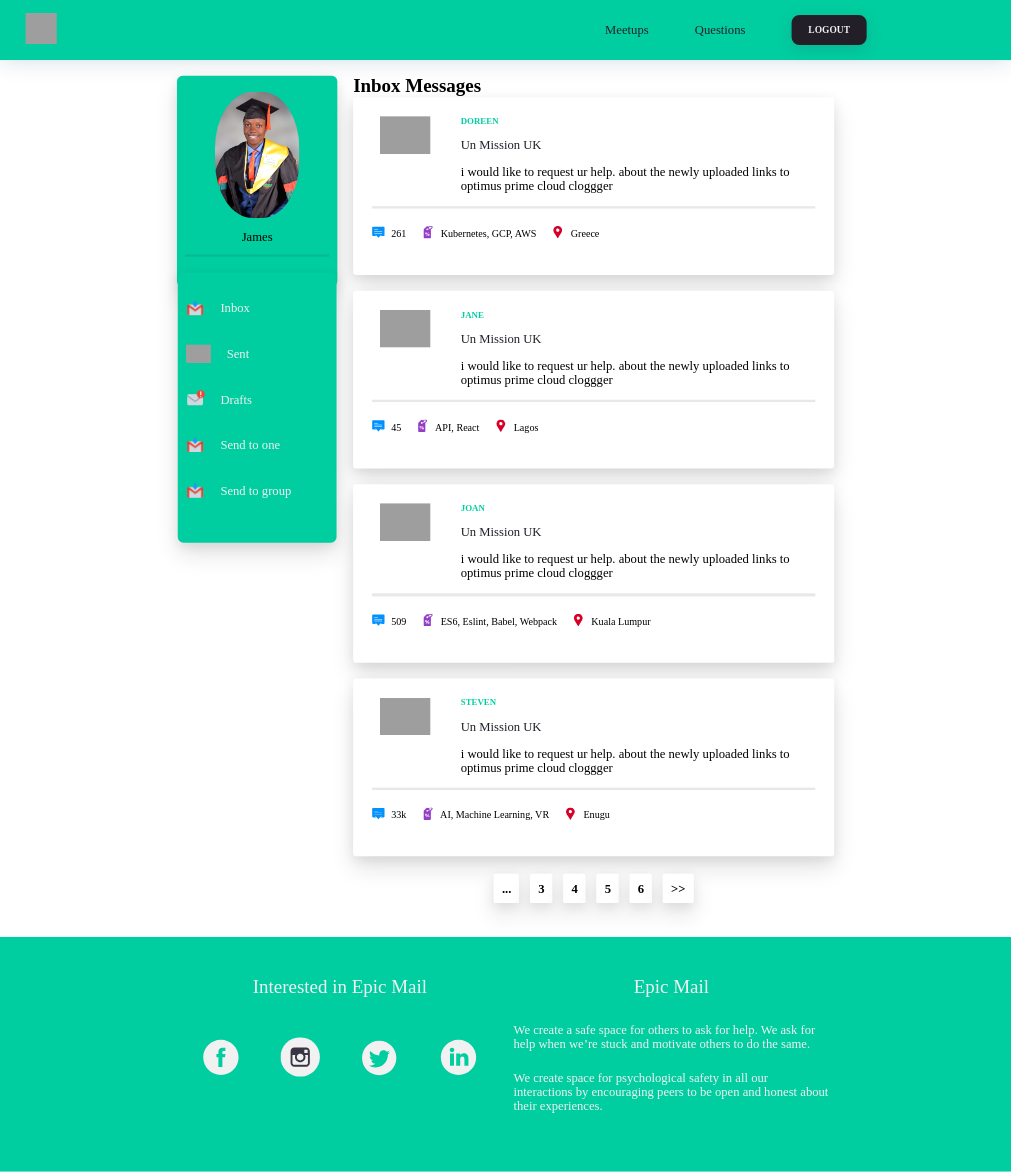
Repository: Gfreedoms/Epic-Mail
Page: pages/profile.html
An editor plug-in stored every save of this project. The page is shown before and after the next save, followed by the edit.
The browser window is 1280 px wide. The pictures show the whole page, at 79% of full size.
Pictures or frames that could not be fetched are drawn as grey boxes. Some web fonts or font styles are not loaded; a fallback is used.

Above is the page before, as saved 2019-02-26 23:39:25.

### pages/profile.html
<!DOCTYPE html>
<html lang="en">

<head>
	<meta charset="UTF-8">
	<meta name="viewport" content="width=device-width, initial-scale=1.0">
	<meta http-equiv="X-UA-Compatible" content="ie=edge">
	<link rel="apple-touch-icon" sizes="180x180" href="../assets/favicon/apple-touch-icon.png">
	<link rel="icon" type="image/png" sizes="32x32" href="../assets/favicon/favicon-32x32.png">
	<link rel="icon" type="image/png" sizes="16x16" href="../assets/favicon/favicon-16x16.png">
	<link rel="manifest" href="../assets/favicon/site.webmanifest">
	<link rel="mask-icon" href="../assets/favicon/safari-pinned-tab.svg" color="#5bbad5">
	<meta name="msapplication-TileColor" content="#da532c">
	<meta name="theme-color" content="#ffffff">
	<link rel="stylesheet" href="../styles/base.css">
	<link rel="stylesheet" href="../styles/format.css">
	<link rel="stylesheet" href="../styles/profile.css">
	<title>User Profile | EpIC EMAIL</title>
</head>

<body>
	<!-- Navigation Section Starts -->
	<section id="navigation">
		<nav class="navbar">
			<a href="../" id="nav-brand">
				<img src="../assets/imgs/logo.svg" alt="">
			</a>
			<ul class="nav-menu">
				<li class="visibility"><a class="hover-t" href="./login.html">Login</a></li>
				<li><a class="hover-t" href="./meetup.html">Meetups</a></li>
				<li><a class="hover-t" href="./questions.html">Questions</a></li>
				<li><a class="reg-btn box-sh-dark hover-lg" href="../">Logout</a></li>
			</ul>
			<a id="menu" href="">
				<img src="../assets/imgs/menu.svg" alt="">
			</a>
		</nav>
	</section>
	<!-- Navigation Section Ends -->

	<!-- SideBar Nav -->
	<ul id="sidebar" class="navbar-side side-hidden">
		<li><a href="./meetup.html">Meetups</a></li>
		<li><a href="./questions.html">Questions</a></li>
		<li><a class="" href="../">Logout</a></li>
	</ul>

	<div class="container">
		<div id="v-wrapper">
			<div class="profile user card">
				<img class="img mauto" src="../assets/imgs/freedom.jpg" alt="">
				<div class="bio">
					<h3 class="username sm-text">James</h3>

				</div>

				<div class="divider"></div>

				<div class = "user_side_bar">
				<ul class="list-items">
					<li>
						<img src="../assets/imgs/inbox.png" alt="">
						<div class = "labels">
								<a class="label_links" href="./meetup.html">
									<h3 class="sm-text">Inbox</h3>
								</a>
						</div>

					</li>
					<li>

						<img src="../assets/imgs/logo.png" alt="">
						<div class = "labels">

								<a class="label_links" href="./meetup.html">
									<h3 class="sm-text">Sent</h3>
								</a>
						</div>

					<li>

						<img src="../assets/imgs/drafts.png" alt="">
						<div class = "labels">

								<a class="label_links" href="./meetup.html">
									<h3 class="sm-text">Drafts</h3>
								</a>

							</div>

					</li>

					<li>

							<img src="../assets/imgs/inbox.png" alt="">
							<div class = "labels">
									<a class="label_links" href="./meetup.html">
										<h3 class="sm-text">Send to one</h3>
									</a>

								</div>

					</li>
					<li>
						    <img src="../assets/imgs/inbox.png" alt="">
							<div class = "labels">
									<a class="label_links" href="./meetup.html">
										<h3 class="sm-text">Send to group</h3>
									</a>
								</div>

					</li>



				</ul>
				</div>
			</div>

			<div class="meetups">
				<h2><b>	Inbox Messages</b></h2>
				<div class="questions card-lg">
					<div class="content pall-1">
						<div class="q-title">
							<img class="img mauto" height="2rem" src="https://issagoal.com.ng/wp-content/uploads/2019/01/user4.png" alt="">
							<div class="meta">
									<a class="q-link" href="./meetup.html">
										<h3 class="sm-text">Doreen</h3>
									</a>
								<h3 class="md-text title">Un Mission UK</h3>
								<p>i would like to request ur help.
									about the newly uploaded links to
									optimus prime cloud cloggger

								</p>
							</div>
						</div>
						<div class="divider"></div>
						<div class="q-actions">
							<span>
								<a href="#!"><img src="../assets/imgs/icons/comment.svg" alt=""></a>
								261
							</span>
							<span>
								<a href="#!"><img src="../assets/imgs/icons/tag.svg" alt=""></a>
								Kubernetes, GCP, AWS
							</span>
							<span>
								<a href="#!"><img src="../assets/imgs/icons/pointer.svg" alt=""></a>
								Greece
							</span>
						</div>
					</div>
				</div>
				<div class="questions card-lg">
					<div class="content pall-1">
						<div class="q-title">
							<img class="img mauto" height="2rem" src="https://issagoal.com.ng/wp-content/uploads/2019/01/user1.png" alt="">
							<div class="meta">
									<a class="q-link" href="./meetup.html">
										<h3 class="sm-text">Jane</h3>
									</a>
								<h3 class="md-text title">Un Mission UK</h3>
								<p>i would like to request ur help.
									about the newly uploaded links to
									optimus prime cloud cloggger

								</p>
							</div>
						</div>
						<div class="divider"></div>
						<div class="q-actions">
							<span>
								<a href="#!"><img src="../assets/imgs/icons/comment.svg" alt=""></a>
								45
							</span>
							<span>
								<a href="#!"><img src="../assets/imgs/icons/tag.svg" alt=""></a>
								API, React
							</span>
							<span>
								<a href="#!"><img src="../assets/imgs/icons/pointer.svg" alt=""></a>
								Lagos
							</span>
						</div>
					</div>
				</div>
				<div class="questions card-lg">
					<div class="content pall-1">
						<div class="q-title">
							<img class="img mauto" height="2rem" src="https://issagoal.com.ng/wp-content/uploads/2019/01/user2.png" alt="">
							<div class="meta">
									<a class="q-link" href="./meetup.html">
										<h3 class="sm-text">Joan</h3>
									</a>
								<h3 class="md-text title">Un Mission UK</h3>
								<p>i would like to request ur help.
									about the newly uploaded links to
									optimus prime cloud cloggger

								</p>
							</div>
						</div>
						<div class="divider">
						</div>
						<div class="q-actions">
							<span>
								<a href="#!"><img src="../assets/imgs/icons/comment.svg" alt=""></a>
								509
							</span>
							<span>
								<a href="#!"><img src="../assets/imgs/icons/tag.svg" alt=""></a>
								ES6, Eslint, Babel, Webpack
							</span>
							<span>
								<a href="#!"><img src="../assets/imgs/icons/pointer.svg" alt=""></a>
								Kuala Lumpur
							</span>
						</div>
					</div>
				</div>
				<div class="questions card-lg">
					<div class="content pall-1">
						<div class="q-title">
							<img class="img mauto" height="2rem" src="https://issagoal.com.ng/wp-content/uploads/2019/01/user3.png" alt="">
							<div class="meta">
									<a class="q-link" href="./meetup.html">
										<h3 class="sm-text">Steven</h3>
									</a>
								<h3 class="md-text title">Un Mission UK</h3>
								<p>i would like to request ur help.
									about the newly uploaded links to
									optimus prime cloud cloggger

								</p>
							</div>
						</div>
						<div class="divider"></div>
						<div class="q-actions">
							<span>
								<a href="#!"><img src="../assets/imgs/icons/comment.svg" alt=""></a>
								33k
							</span>
							<span>
								<a href="#!"><img src="../assets/imgs/icons/tag.svg" alt=""></a>
								AI, Machine Learning, VR
							</span>
							<span>
								<a href="#!"><img src="../assets/imgs/icons/pointer.svg" alt=""></a>
								Enugu
							</span>
						</div>
					</div>
				</div>

				<div class="pagination">
					<span class="card hover-lg hover-t">...</span>
					<span class="card hover-lg hover-t">3</span>
					<span class="card hover-lg hover-t">4</span>
					<span class="card hover-lg hover-t">5</span>
					<span class="card hover-lg hover-t">6</span>
					<span class="card hover-lg hover-t">>></span>
				</div>
			</div>
		</div>
	</div>

	<footer class="bg-secondary">
		<div class="container">
			<div class="info-about">
				<h3 class="md-text">Interested in Epic Mail</h3>
				<div class="social-links">
					<a href="#!"><img src="../assets/imgs/icons/facebook.svg" alt=""></a>
					<a href="#!"><img src="../assets/imgs/icons/instagram.svg" alt=""></a>
					<a href="#!"><img src="../assets/imgs/icons/twitter.svg" alt=""></a>
					<a href="#!"><img src="../assets/imgs/icons/linkedin.svg" alt=""></a>
				</div>
			</div>
			<div class="additional-info">
				<h3 class="md-text">Epic Mail</h3>
				<p class="sm-text">
					We create a safe space for others to ask for help.
					We ask for help when we’re stuck and motivate others to do the same.
				</p>
				<p class="sm-text">
					We create space for psychological safety in all our interactions by encouraging peers to be open and honest about
					their experiences.
				</p>
			</div>
		</div>
	</footer>
	<script src="../scripts/index.js"></script>
</body>

</html>

### styles/format.css
.is-danger {
	color: red;
}

.divider {
	height: 0.2rem;
	background: #221F28;
	opacity: 0.1;
	margin: 1rem auto;
	width: 100%;
}

table {
	width: 750px;
	border-collapse: collapse;
	margin: 50px auto;
}

/* Zebra striping */
tr:nth-of-type(odd) {
	background: #eee;
}

th {
	background: #221F28;
	color: white;
	font-weight: bold;
}

td,
th {
	padding: 10px;
	border: 1px solid #ccc;
	text-align: left;
	font-size: 18px;
}

@media only screen and (max-width: 760px),
(min-device-width: 768px) and (max-device-width: 1024px) {

	table {
		width: 100%;
	}

	/* Force table to not be like tables anymore */
	table,
	thead,
	tbody,
	th,
	td,
	tr {
		display: block;
	}

	thead tr {
		position: absolute;
		top: -9999px;
		left: -9999px;
	}

	tr {
		border: 1px solid #ccc;
	}

	td {
		border: none;
		border-bottom: 1px solid #eee;
		position: relative;
		padding-left: 50%;
	}

	td:before {
		position: absolute;
		/* Top/left values mimic padding */
		top: 6px;
		left: 6px;
		width: 45%;
		padding-right: 10px;
		white-space: nowrap;
		/* Label the data */
		content: attr(data-column);

		color: #000;
		font-weight: bold;
	}

	tbody tr {
		padding: 1rem;
	}
}

.m1 {
	margin-top: 0.8rem !important;
	margin-bottom: 0.8rem !important;
}

.pagination {
	text-align: center;
	margin: 2rem auto;
}

.pagination span {
	padding: 10px;
	border-radius: 2px;
	font-family: 'Circular-Book';
	font-weight: 600;
	font-size: 1rem;
	margin: 0 5px;
}

@media screen and (min-width: 1680px) {
	.reg-btn {
		padding: 1.5rem 1.6rem 1.5rem;
		font-size: 1rem;
	}

	.input {
		margin-top: 2rem;
	}

	.nav-menu a.hover-t {
		font-size: 1.4rem !important;
	}
}

### styles/profile.css
#v-wrapper {
	display: grid;
	grid-template-columns: 1fr 3fr;
	grid-gap: 20px;
	padding: 20px 0;
}

div.content.card {
	background: lightblue;
	padding: 2rem 1.5rem;
	margin-bottom: 20px;
}

.profile {
	display: grid;
	padding: 20px 10px;
	background-color:#00cea0;
}

.user_side_bar{

    margin-left: -9px;
    border-radius: .45rem;
    margin-top: 20px;
    background: #00cea0;
    padding: 20px 10px;
    margin-bottom: 20px;
    box-shadow: 0 15px 30px 0 rgba(0, 0, 0, .11), 0 5px 15px 0 rgba(0, 0, 0, .08);
    margin-right: -9px;
}


.profile.user {
	max-height: 25%;
}

.labels{
	margin-top: 3px;
    margin-left: 20px;
}

#v-wrapper>div.profile.card>div.divider {
	width: 100%;
}

.stats {
	display: grid;
	grid-template-columns: 1fr 1fr;
}

.stats h3 {
	color: #221F28;
	font-weight: 800;
	font-family: "Circular-Book";
}

.profile .img {
    height: 160px;
    width: auto;
    border-radius: 45%
}

.profile span {
	text-align: center;
	font-size: 0.5rem;
	color: grey;
	text-transform: uppercase;
}

span .sm-text {
	margin-bottom: 0;
}

.label_links{
	color: #221F28;
}

.questions {
	padding: 1.5rem;
	margin-bottom: 20px;
}

.questions h3 {
	color: #221F28;
	margin-bottom: 1rem;
}

.questions .divider {
	margin-left: 0;
	margin-top: 0.5rem;
}

.q-link h3 {
	font-family: 'Circular-Book';
	font-weight: 800;
	font-size: 0.7rem;
	text-transform: uppercase;
	color: #00cea0;
}

.q-link:hover h3 {
	color: #F01D43;
}

.q-actions {
	display: block;
	margin: 20px 0;
	height: auto;
}

.q-actions img {
	height: 1rem;
	position: relative;
	top: 2px;
}

.q-actions span {
	margin-right: 1rem;
	font-family: 'Circular-Book';
	font-size: 0.8rem;
}

.q-actions span a {
	margin-right: 5px;
}

.q-actions span:nth-child(2) img,
.q-actions span:nth-child(3) img {
	position: relative;
	top: 2px;
}

.q-actions span:nth-child(4) img {
	position: relative;
	top: 4px;
}

.divider {
	margin-bottom: 0;
	margin-top: 0.5rem;
}

.username {
	color: inherit;
	font-family: 'Circular-Book';
	text-align: center;
	margin: 15px 0 5px;
}

.meta-wrapper {
	grid-template-rows: 1fr 9fr;
}

.list-items {
	text-decoration: none;
}

.list-items li {
	display: grid;
	grid-template-columns: 1fr 9fr;
	margin: 0.8rem 0;
}

.list-items span {
	font-family: 'Circular-Book';
	font-size: 0.8rem;
	position: relative;
	top: 5px;
	margin-left: 1.5rem;

}

.list-items img {
	height: 1.5rem;
}

div.content.card {
	padding: 2rem 1.5rem;
	margin-bottom: 20px;
}

.content .md-text {
	color: #221F28;
    font-size: 1rem;

}

.actions {
	/* width: 0%; */
	display: grid;
	grid-template-columns: 0.5fr 1fr 1fr;
	grid-gap: 10px;
	align-items: center;
}

.actions h3 {
	margin-bottom: 0;
}

.actions a {
	font-family: 'Circular-Book';
	font-size: 0.8rem;
	padding: 0.5rem 0.6rem;
	text-align: center;
	color: #fff;
	border-radius: 10px;
}

@media (min-width: 1680px) {
	.profile {
		height: 300px !important;
	}

	.profile span {
		font-size: 0.8rem;
		margin: 10px 0 0;
		font-weight: 800;
	}

	.list-items span {
		font-family: 'Circular-Book' !important;
		font-size: 1rem !important;
	}
}

.q-title {
	display: grid;
	grid-template-columns: 15% 80%;
	grid-gap: 5%;
	margin-bottom: 1rem;
}

.q-title img {
	height: 3rem;
}

@media (max-width: 576px) {
	.profile.user {
		max-height: 200px;
	}

	.q-actions {
		display: grid;
		grid-template-columns: 1fr;
		grid-row-gap: 3px;
	}

	#v-wrapper {
		grid-template-columns: 1fr;
	}

	#v-wrapper .divider {
		display: none;
	}

	.profile {
		padding: 20px 10px;
		height: auto;
		grid-template-columns: 1fr 2fr;
	}

	.stats {
		align-items: flex-end;
	}
	.user_side_bar{
		max-height: 200px;
		padding: 20px 10px;
		height: auto;
		grid-template-columns: 1fr 2fr;
	}
}

### styles/fonts.css
@font-face {
	font-family: "Circular-Light";
	src:
		url("../assets/fonts/Circular-Light.woff") format("woff");
}
@font-face {
	font-family: "Circular-Book";
	src:
		url("../assets/fonts/Circular-Book.woff") format("woff");
}
@font-face {
	font-family: "Circular-Bold";
	src:
		url("../assets/fonts/Circular-Bold.woff") format("woff");
}

* {
	font-family: 'Circular-Light';
}

Loaded but not shown: scripts/index.js (10 lines, source omitted); styles/base.css (736 lines, source omitted)

After the next save:
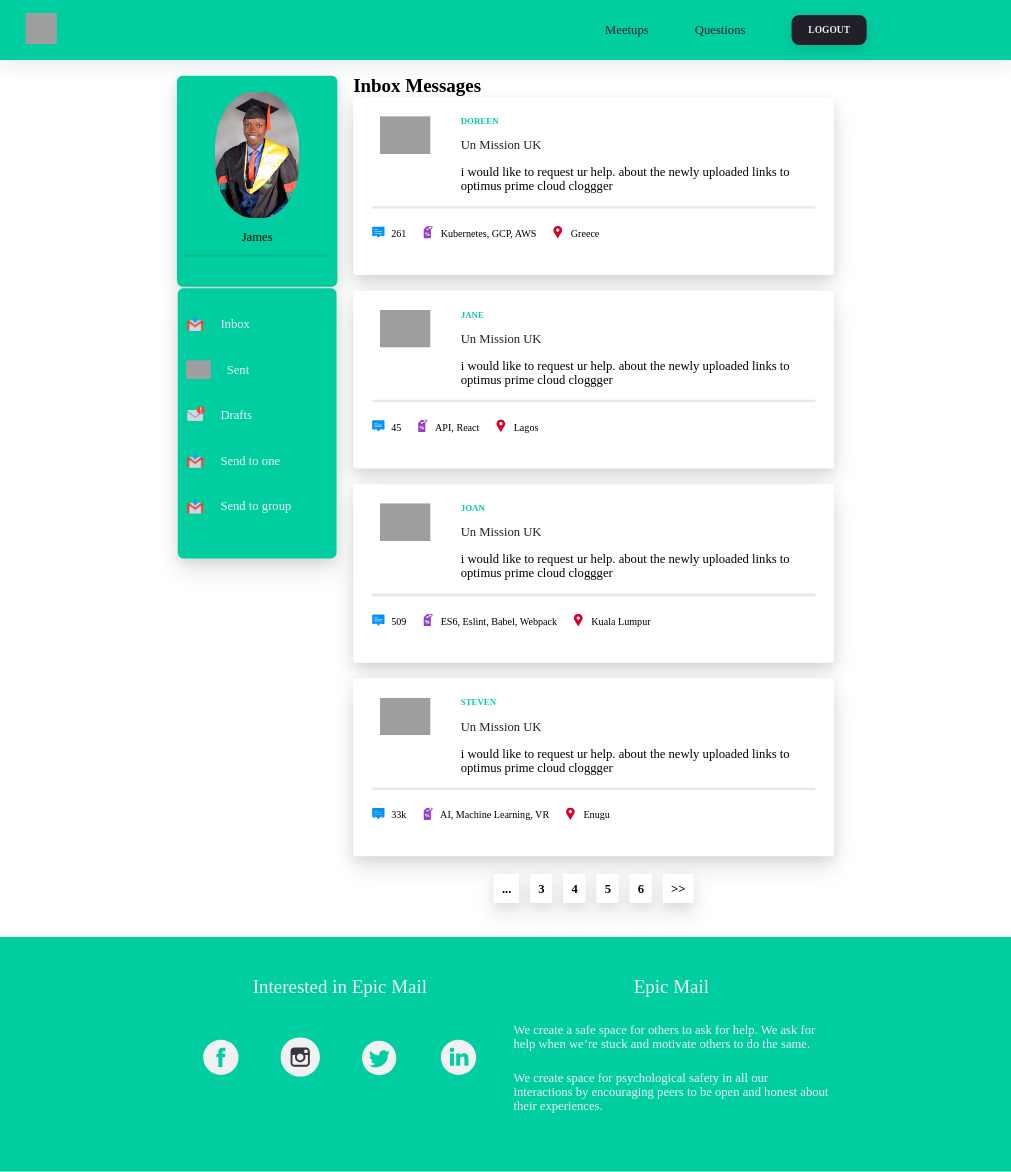
Saved 3 min 6 s later.
--- a/styles/profile.css
+++ b/styles/profile.css
@@ -21,7 +21,7 @@ div.content.card {
 
     margin-left: -9px;
     border-radius: .45rem;
-    margin-top: 20px;
+    margin-top: 40px;
     background: #00cea0;
     padding: 20px 10px;
     margin-bottom: 20px;
